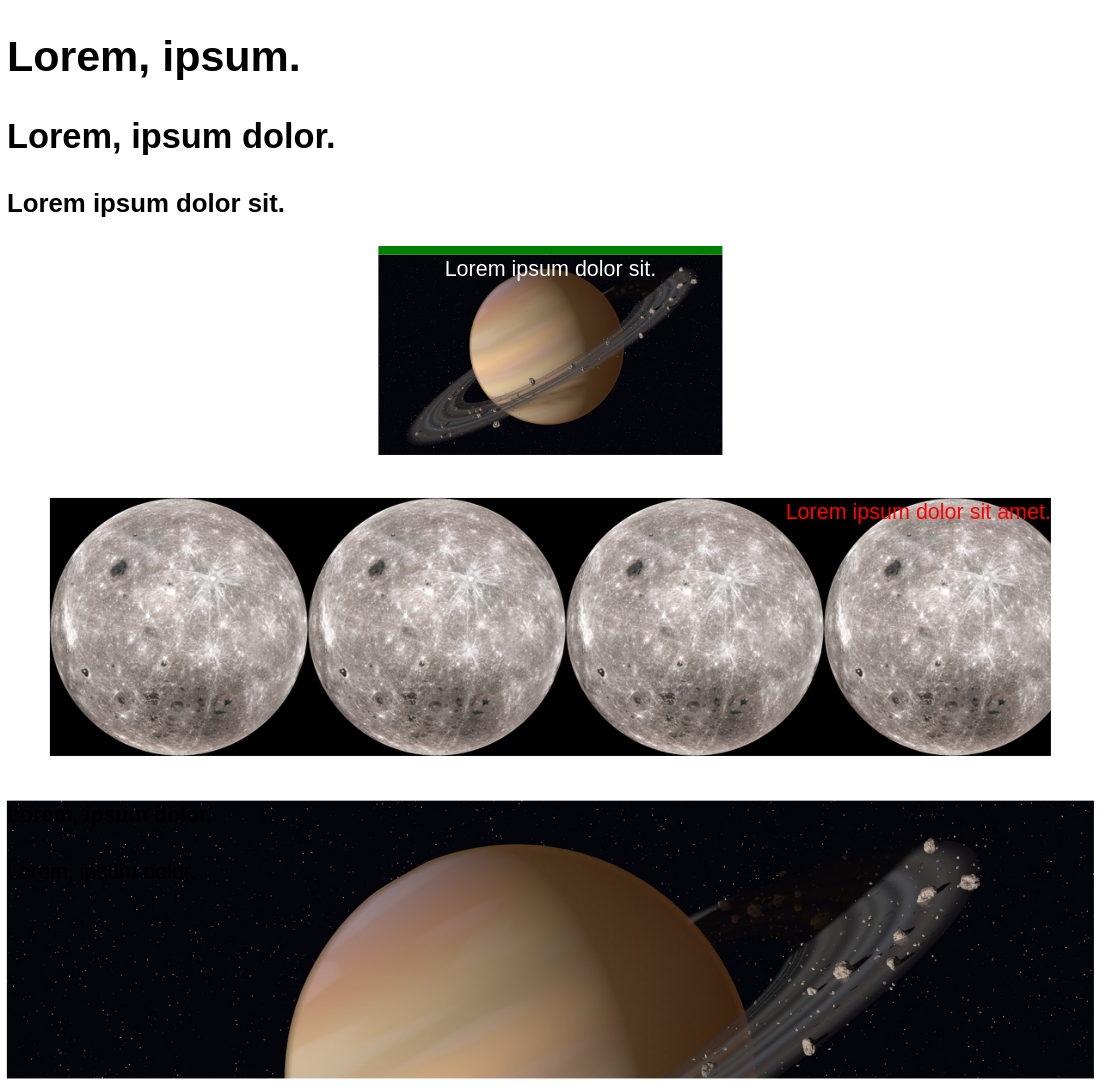
Repository: aSSasdy/assasdy.github.io
Page: index.html
The author's editor kept a copy of each file at every save. The page is drawn from the files as they stood at one save, then again after the next save.
The browser window is 1280 px wide. The pictures show the whole page, at 86% of full size.

Above is the page before, as saved 2021-11-28 16:26:36.

### index.html
<!DOCTYPE html>
<html lang="en">
<head>
    <meta charset="UTF-8">
    <meta http-equiv="X-UA-Compatible" content="IE=edge">
    <meta name="viewport" content="width=device-width, initial-scale=1.0">
    <title>Document</title>
    <link rel="stylesheet" href="css/style.css">
</head>
<body>
    <h1>Lorem, ipsum.</h1>
    <h2>Lorem, ipsum dolor.</h2>
    <h3>Lorem ipsum dolor sit.</h3>
    <div class="block-1__img">Lorem ipsum dolor sit.</div>
    <div class="block-2__img">Lorem ipsum dolor sit amet.</div>
    <div class="block-3__img">
        <h4>Lorem, ipsum dolor.</h4>
        <p>Lorem, ipsum dolor.</p>
    </div>
</body>
</html>

### css/style.css
html{
    font-size: 62.5%;
}
body{
    font: 400  2.5rem/1.3 Arial, Helvetica, sans-serif ;
}
h1{
    font-size: 5rem;
}
h2{
    font-size: 4rem;
}
h3{
    font-size: 3rem;
}
.block-1__img {
    background-image: url('/img/field_image_magnitosfera-saturna-i-ego-sputnik-encelad-v2.orig_.jpg');
    background-size: cover;
    border-top: 10px solid green;
    margin: auto;
    padding-bottom: 200px;
    width: 400px;
    color: white;
    text-align: center;
}
.block-2__img{
    background-image: url('/img/Moon_farside_LRO_color_mosaic.png');
    margin: 50px;
    padding-bottom: 270px;
    text-align: right;
    color: red;
    background-repeat: repeat-x;
}
.block-3__img {
    background-image: url('/img/field_image_magnitosfera-saturna-i-ego-sputnik-encelad-v2.orig_.jpg');
    background-repeat: repeat-x;
    background-size: cover;
    padding-bottom: 200px;
}

After the next save:
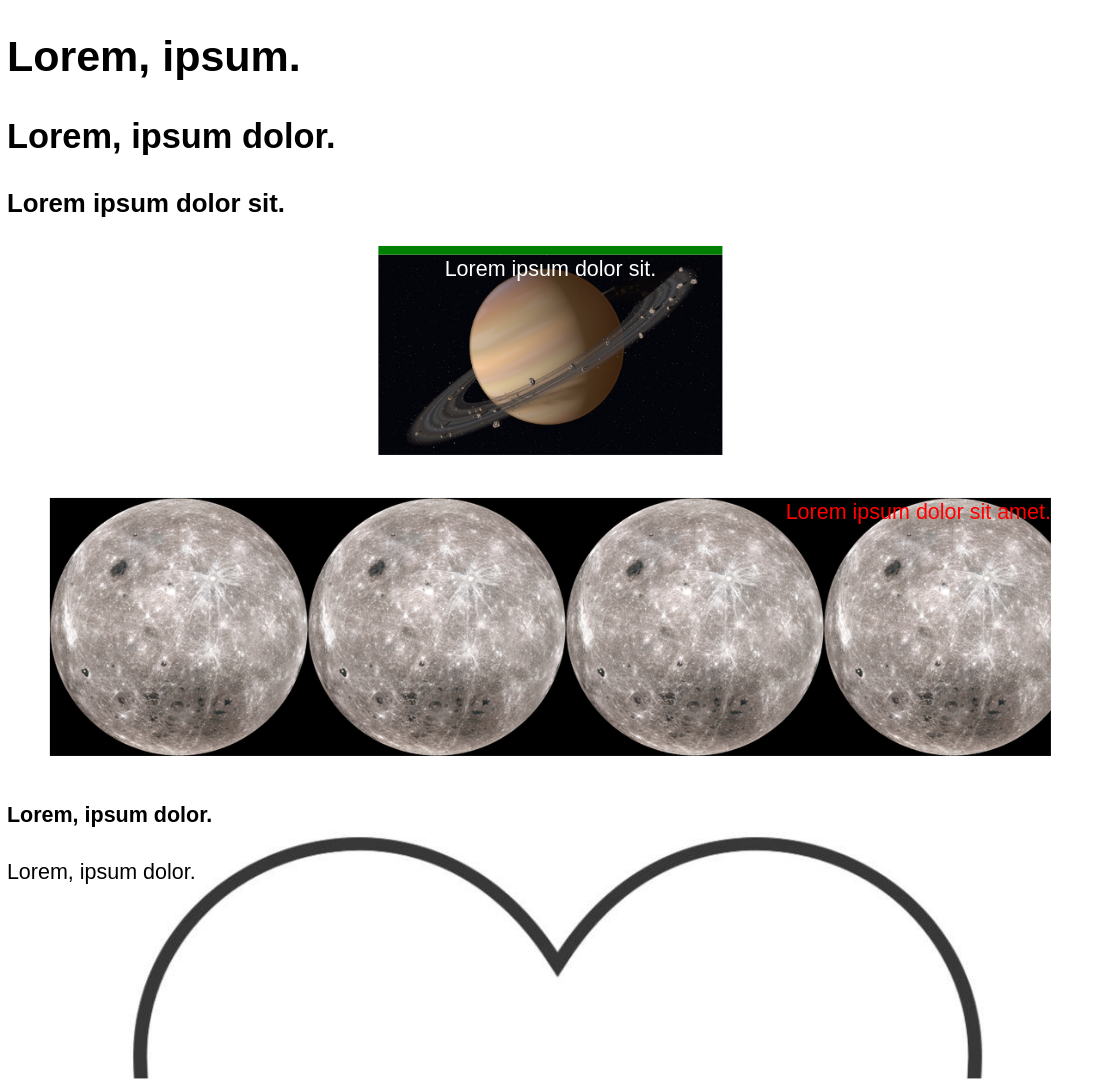
Saved 63 s later.
--- a/css/style.css
+++ b/css/style.css
@@ -32,7 +32,7 @@
     background-repeat: repeat-x;
 }
 .block-3__img {
-    background-image: url('/img/field_image_magnitosfera-saturna-i-ego-sputnik-encelad-v2.orig_.jpg');
+    background-image: url(/img/-9221.jpg);
     background-repeat: repeat-x;
     background-size: cover;
     padding-bottom: 200px;
